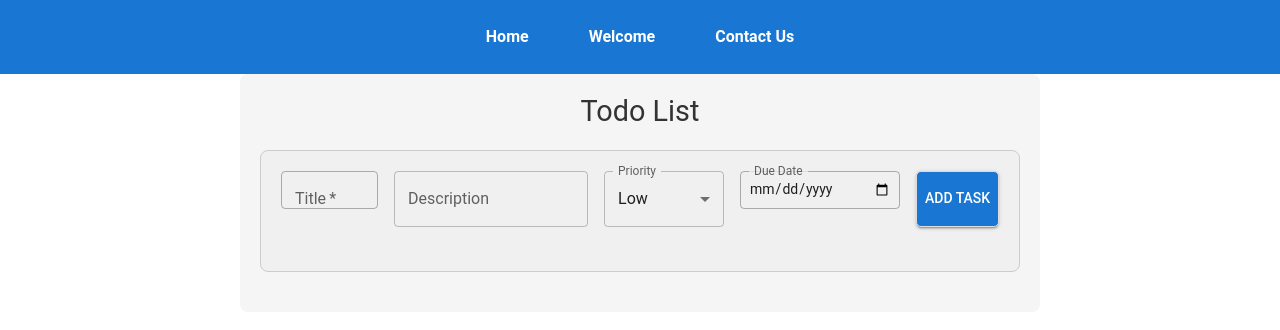
Repository: HPNChanel/Todo-List-Web-App
Page: / (app in frontend/todolist/)
The author's editor kept a copy of each file at every save. The page is drawn from the files as they stood at one save, then again after the next save.
The browser window is 1280 px wide. The pictures show the whole page.
The page's requests for data from a server got no answer. The project was rebuilt for these pictures with package versions that can differ from the ones it lists, and the page was loaded fresh each time. No one was signed in, and anything a server would have sent is missing. Also part of the build but not shown: frontend/todolist/src/styles/TaskItem.css, frontend/todolist/src/components/TaskItem.js, frontend/todolist/src/styles/WelcomePage.css, frontend/todolist/src/pages/WelcomePage.js. Imported but missing from the stored project, and not drawn on this page: frontend/todolist/src/components/ContactUs.

Above is the page before, as saved 2024-11-05 09:28:29.

After the next save:
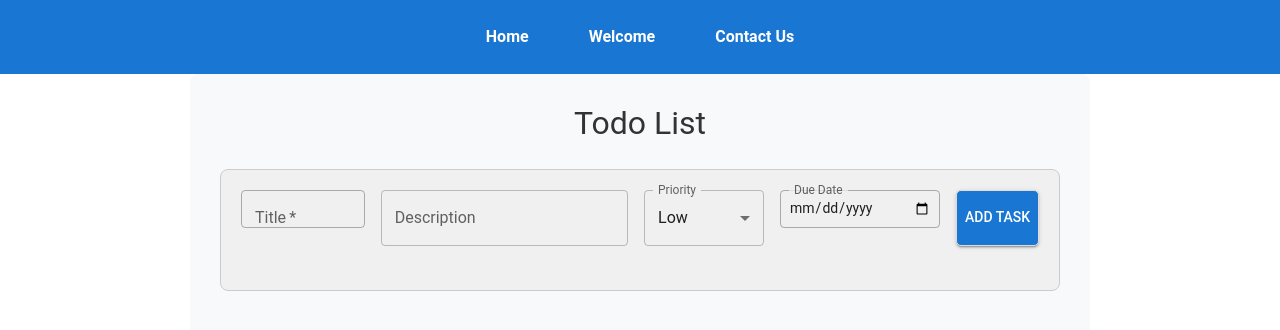
Saved 11 s later.
--- a/frontend/todolist/src/styles/TaskList.css
+++ b/frontend/todolist/src/styles/TaskList.css
@@ -1,20 +1,20 @@
 .task-list {
-  padding: 20px;
-  background-color: #f5f5f5;
+  padding: 30px;
+  background-color: #f8f9fa;
   border-radius: 8px;
-  max-width: 800px;
+  max-width: 900px;
   margin: auto;
 }
 
 .task-list h4 {
   text-align: center;
-  margin-bottom: 20px;
-  font-size: 1.8em;
+  margin-bottom: 25px;
+  font-size: 2em;
   color: #333;
 }
 
 .task-list .task-grid {
   display: grid;
-  grid-template-columns: repeat(auto-fill, minmax(200px, 1fr));
-  gap: 15px;
+  grid-template-columns: repeat(auto-fill, minmax(250px, 1fr));
+  gap: 20px;
 }
